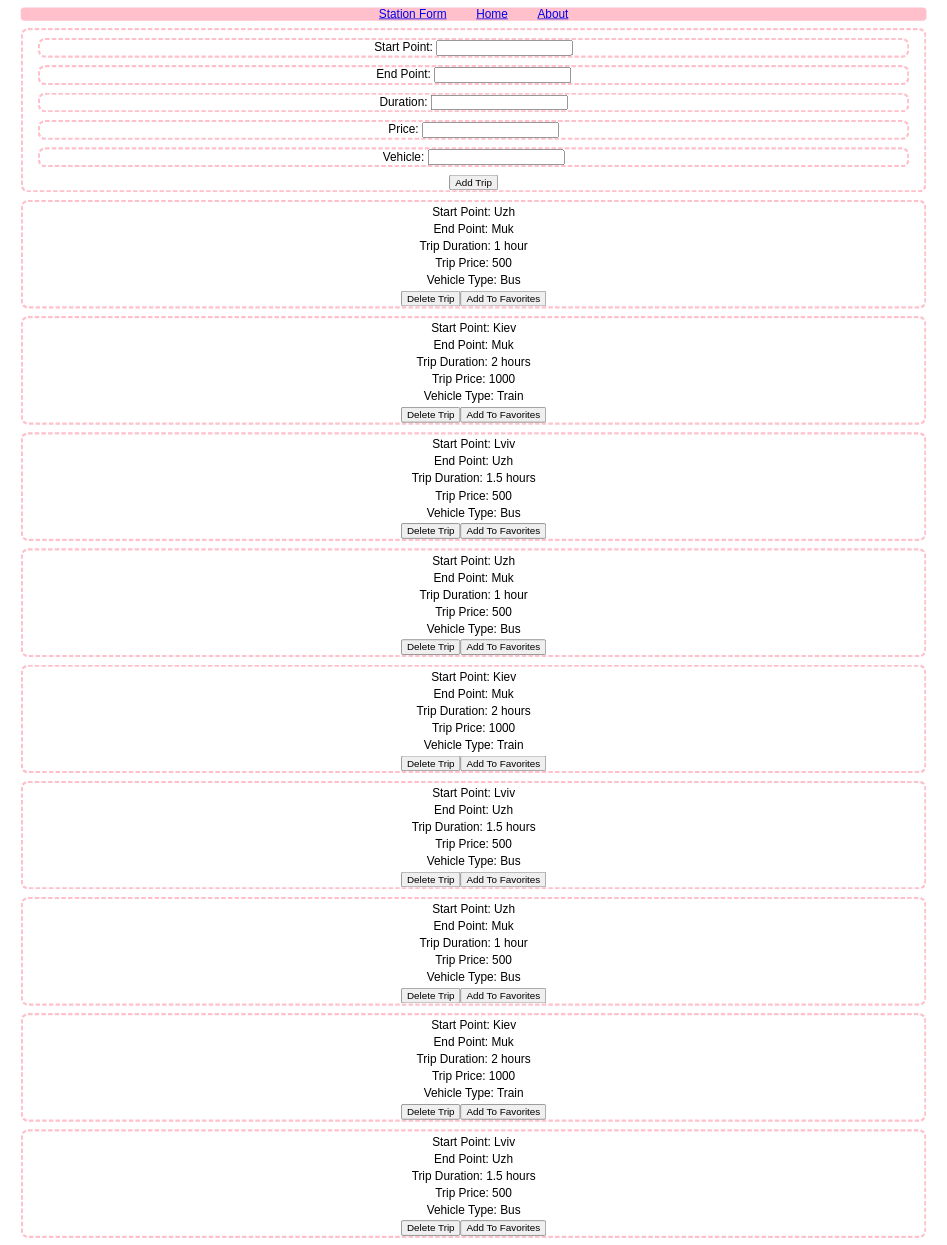
Repository: rutsguifd/mkr2
Page: /#/station-form
The author's editor kept a copy of each file at every save. The page is drawn from the files as they stood at one save, then again after the next save.
The browser window is 1280 px wide. The pictures show the whole page, at 74% of full size.
The project was rebuilt for these pictures with package versions that can differ from the ones it lists, and the page was loaded fresh each time. Also part of the build but not shown: src/views/Home.vue, src/views/About.vue, src/components/FavoriteTrips.vue.

Above is the page before, as saved 2021-12-21 22:18:06.

### src/App.vue
<template>
  <div>
    <router-view />
  </div>
</template>

<script>
  export default {

  }
</script>

<style lang="scss" scoped>

</style>

### src/router/index.js
import { createRouter, createWebHashHistory } from 'vue-router'
import Home from '../views/Home.vue'
import About from '../views/About.vue'
import StationForm from '../views/StationForm.vue'


const routes = [
  {
    path: '/',
    name: 'Home',
    component: Home
  },
  {
    path: '/about',
    name: 'About',
    component: About
  },
  {
    path: '/station-form',
    name: 'StationForm',
    component: StationForm
  }
]

const router = createRouter({
  history: createWebHashHistory(),
  routes
})

export default router

### src/store/index.js
import { createStore } from 'vuex'

export default createStore({
  state: {
    tripInfo: [
      {
        id: 1,
        tripStart: "Uzh",
        tripEnd: "Muk",
        tripDuration: "1 hour",
        tripPrice: "500",
        vehicle: "Bus"
      },
      {
        id: 2,
        tripStart: "Kiev",
        tripEnd: "Muk",
        tripDuration: "2 hours",
        tripPrice: "1000",
        vehicle: "Train"
      },
      {
        id: 3,
        tripStart: "Lviv",
        tripEnd: "Uzh",
        tripDuration: "1.5 hours",
        tripPrice: "500",
        vehicle: "Bus"
      }
    ],
    favoriteTrips: []
  },
  mutations: {
    addTrip(state, trip) {
      state.tripInfo.push({
        tripStart: trip.start,
        tripEnd: trip.end,
        tripDuration: trip.dur,
        tripPrice: trip.price,
        vehicle: trip.veh
      })
    },
    deleteTrip(state, ind) {
      state.tripInfo.splice(ind, 1)
    },
    addToFavorites(state, trip) {
      state.favoriteTrips.push({
        tripStart: trip.start,
        tripEnd: trip.end,
        tripDuration: trip.dur,
        tripPrice: trip.price,
        vehicle: trip.veh
      });
      console.log(state.favoriteTrips)
    }
  },
  actions: {},
  getters: {
    AllTrips(state) {
      return state.tripInfo
    },
    AllFavoriteTrips(state) {
      return state.favoriteTrips
    }
  }
})

### src/views/StationForm.vue
<template>
    <div>
        <Header />
        <AddTrip />
        <trip-card  v-for="(trip, ind) in AllTrips" :key="ind" />
        <favorite-trips  v-for="(trip) in AllFavoriteTrips" :key="trip.id"/>
    </div>
</template>

<script>
import { mapGetters } from "vuex";
import FavoriteTrips from '../components/FavoriteTrips.vue'
import AddTrip from '../components/AddTrip.vue'
import Header from '../components/Header.vue'
import TripCard from '../components/TripCard.vue'
    export default {
        name: "StationForm",
        components: {
            TripCard,
            Header,
            AddTrip,
            FavoriteTrips
        },
        computed:{
            ...mapGetters(["AllFavoriteTrips"]),
            ...mapGetters(["AllTrips"])
        }
    }
</script>

<style lang="scss" scoped>
* {
  margin: 0;
  padding: 0;
  box-sizing: border-box;
  font-family: "Fira Sans", sans-serif;
}
</style>

### src/components/Header.vue
<template>
  <div class="header">
    <span><router-link to="/station-form">Station Form</router-link></span>
    <span><router-link to="/">Home</router-link></span>
    <span><router-link to="/about">About</router-link></span>
  </div>
</template>

<script>
export default {};
</script>

<style lang="scss" scoped>
.header{
    text-align: center;
    margin: 10px 20px;
    background: pink;
    border-radius: 5px;
    span{
        margin: 0px 20px;
    }
}
</style>

### src/components/AddTrip.vue
<template>
  <div class="add">
    <div>
      <label>
        Start Point:
        <input type="text" v-model="tripStart" />
      </label>
    </div>
    <div>
      <label>
        End Point:
        <input type="text" v-model="tripEnd" />
      </label>
    </div>
    <div>
      <label>
        Duration:
        <input type="text" v-model="tripDuration" />
      </label>
    </div>
    <div>
      <label>
        Price:
        <input type="text" v-model="tripPrice" />
      </label>
    </div>
    <div>
      <label>
        Vehicle:
        <input type="text" v-model="vehicle" />
      </label>
    </div>
    <button @click="add">Add Trip</button>
  </div>
</template>

<script>
import { mapMutations } from "vuex";
export default {
  data() {
    return {
      tripStart: "",
      tripEnd: "",
      tripDuration: "",
      tripPrice: "",
      vehicle: "",
    };
  },
  methods: {
    ...mapMutations(["addTrip"]),
    add() {
      this.addTrip({
        id: Date.now(),
        start: this.tripStart,
        end: this.tripEnd,
        dur: this.tripDuration,
        price: this.tripPrice,
        veh: this.vehicle,
      }),
        (this.tripStart = "");
      this.tripEnd = "";
      this.tripDuration = "";
      this.tripPrice = "";
      this.vehicle = "";
    },
  },
};
</script>

<style lang="scss" scoped>
.add {
    border: 3px dashed pink;
    border-radius: 10px;
    margin: 10px 20px;
    text-align: center;
  div {
      border: 3px dashed pink;
    border-radius: 10px;
    margin: 10px 20px;
  }
}
</style>

### src/components/TripCard.vue
<template>
  <div v-for="(trip, ind) in AllTrips" :key="trip.id">
    <div class="card">
      <div>Start Point: {{ trip.tripStart }}</div>
      <div>End Point: {{ trip.tripEnd }}</div>
      <div>Trip Duration: {{ trip.tripDuration }}</div>
      <div>Trip Price: {{ trip.tripPrice }}</div>
      <div>Vehicle Type: {{ trip.vehicle }}</div>
      <button @click="del(ind)">Delete Trip</button>
      <button @click="favorite">Add To Favorites</button>
    </div>
  </div>
</template>

<script>
import { mapMutations, mapGetters } from "vuex";
export default {
  name: "TripCard",
  props: ["trip"],
  methods: {
    ...mapMutations(["deleteTrip"]),
    ...mapMutations(["addToFavorites"]),
    del(ind) {
      this.deleteTrip(ind);
    },
    favorite() {
        this.addToFavorites({
        id: Date.now(),
        start: this.trip.tripStart,
        end: this.trip.tripEnd,
        dur: this.trip.tripDuration,
        price: this.trip.tripPrice,
        veh: this.trip.vehicle,
        })
    }
  },
  computed: mapGetters(["AllTrips"]),
};
</script>

<style lang="scss" scoped>
.card {
  text-align: center;
  margin: 10px 20px;
  border: 3px dashed pink;
  border-radius: 10px;
  div {
    margin: 5px 0px;
  }
}
</style>

Loaded but not shown: public/index.html (common file); src/main.js (common file)

After the next save:
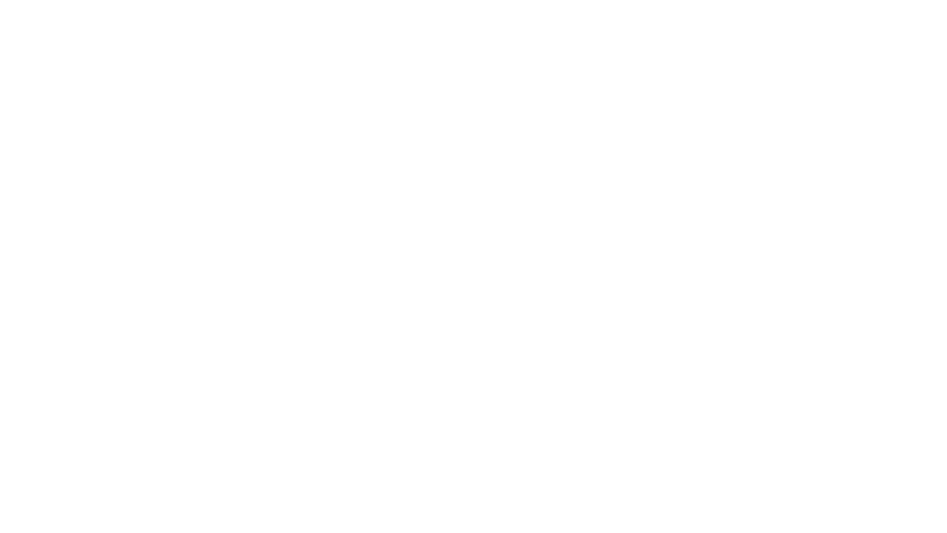
Console error: TypeError: Cannot read properties of undefined (reading 'tripStart')
Saved 4 s later.
--- a/src/components/TripCard.vue
+++ b/src/components/TripCard.vue
@@ -1,5 +1,5 @@
 <template>
-  <div v-for="(trip, ind) in AllTrips" :key="trip.id">
+  <div>
     <div class="card">
       <div>Start Point: {{ trip.tripStart }}</div>
       <div>End Point: {{ trip.tripEnd }}</div>

After the 5 saves that followed:
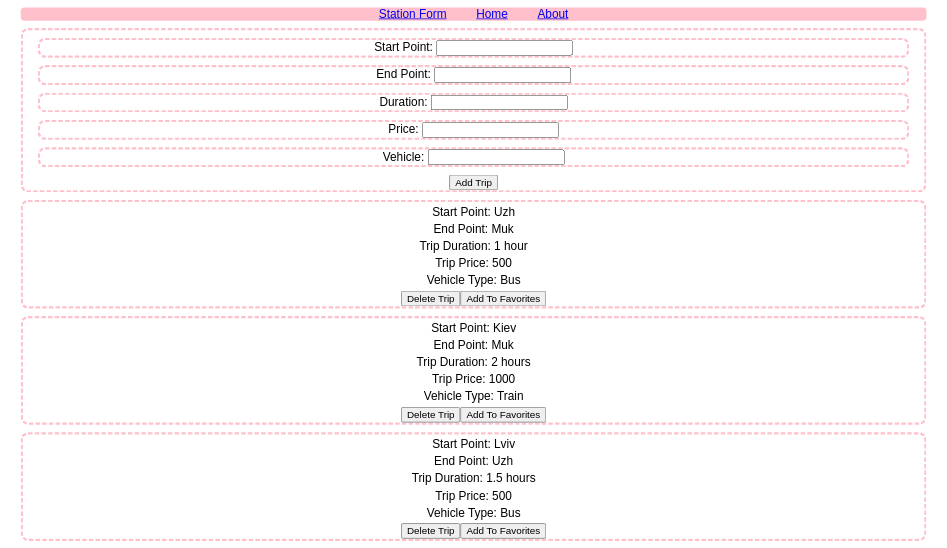
The error is gone.
The 5 saves are shown as one change because 4 left the picture as it was.
The last was saved 3 min 23 s later.
--- a/src/views/StationForm.vue
+++ b/src/views/StationForm.vue
@@ -2,7 +2,7 @@
     <div>
         <Header />
         <AddTrip />
-        <trip-card  v-for="(trip, ind) in AllTrips" :key="ind" />
+        <trip-card />
         <favorite-trips  v-for="(trip) in AllFavoriteTrips" :key="trip.id"/>
     </div>
 </template>
@@ -21,10 +21,7 @@ import TripCard from '../components/TripCard.vue'
             AddTrip,
             FavoriteTrips
         },
-        computed:{
-            ...mapGetters(["AllFavoriteTrips"]),
-            ...mapGetters(["AllTrips"])
-        }
+        computed: mapGetters(["AllFavoriteTrips"]),
     }
 </script>
 
--- a/src/components/TripCard.vue
+++ b/src/components/TripCard.vue
@@ -1,5 +1,5 @@
 <template>
-  <div>
+  <div v-for="(trip, ind) in AllTrips" :key="trip.id">
     <div class="card">
       <div>Start Point: {{ trip.tripStart }}</div>
       <div>End Point: {{ trip.tripEnd }}</div>
